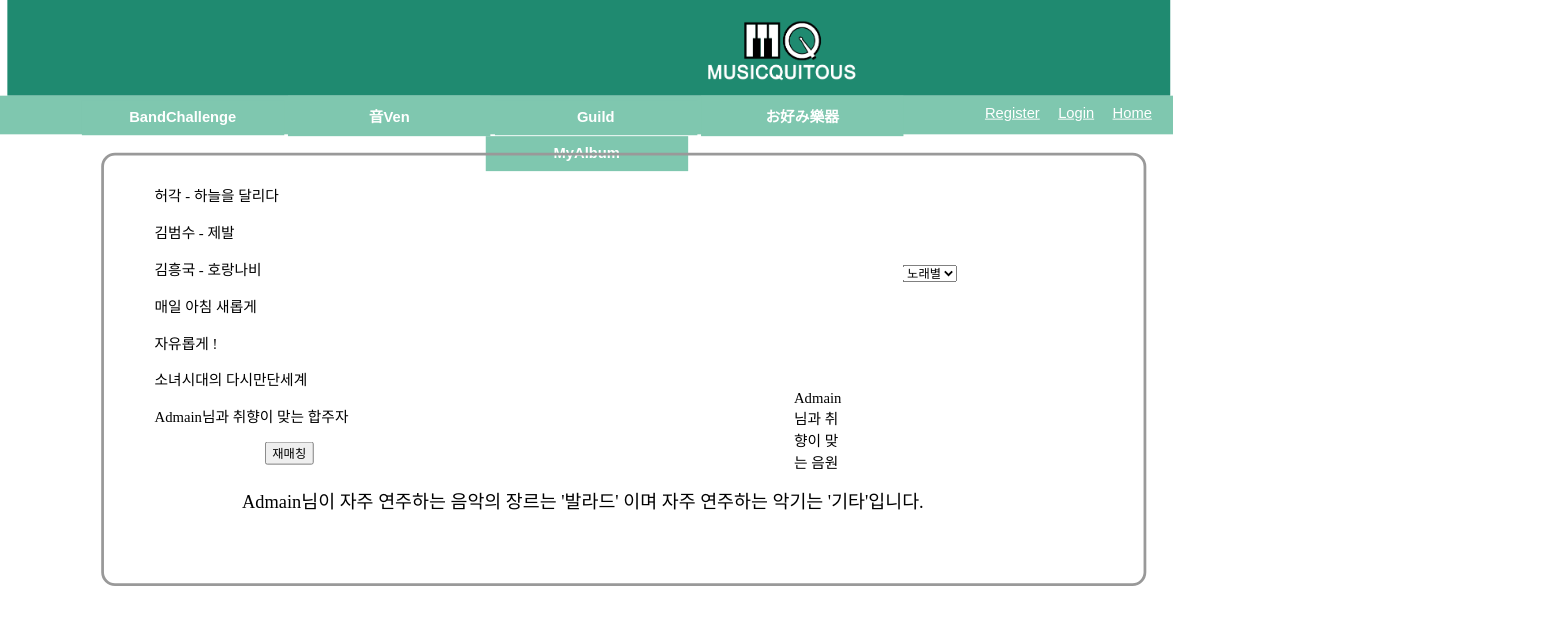
Repository: hkpark130/MusicQuitous
Page: http://localhost/Recommend/Connection
The author's editor kept a record of every edit. The page is drawn from the files as they stood at one moment, then again after the next edit.
The browser window is 1280 px wide. The page is 1695 px wide, so the pictures cover 1695 px, including what lies to the right of the window. The pictures show the whole page, at 92% of full size.
Some web libraries are served in a nearby version. The page is served by the project's Laravel application, run on PHP 8.4 with Laravel 8.

Above is the page before.

After the next edit:
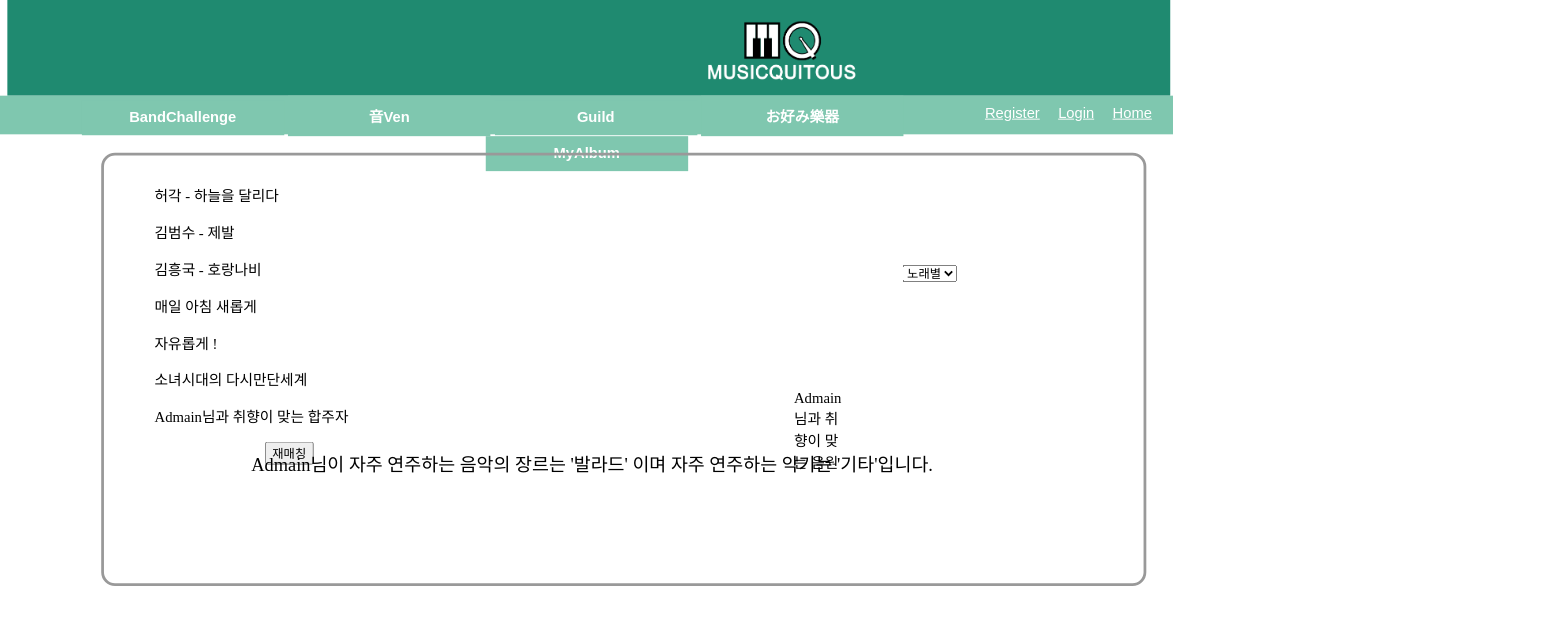
The edit:
--- a/workspace/harmony_project/public/css/Connection.css
+++ b/workspace/harmony_project/public/css/Connection.css
@@ -1,7 +1,7 @@
     #maintext{
       font-size: 20px;
       position: absolute;
-      top: 340px; left: 150px;
+      top: 300px; left: 160px;
     }
 
 /*
